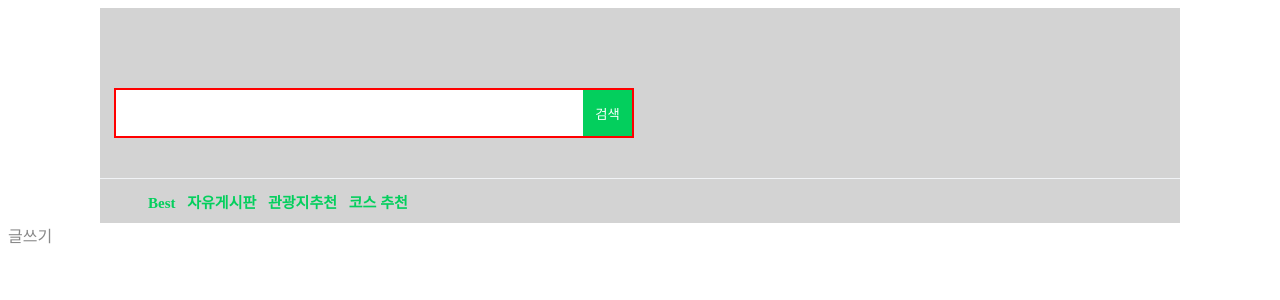
Repository: HJCroCat/project4
Page: http://localhost/koravle/boardMain.jsp
These files come from the project's save history. The page is drawn as it stood at one moment and after the next save; the edit follows.
The browser window is 1280 px wide. The pictures show the whole page.
The page is served by Tomcat 9. Nobody is signed in. The application's start-up code is not run. Other server files are loaded and not shown.

Above is the page before, as saved 2021-12-10 10:23:30.

### koravle/koravle/src/main/webapp/boardMain.jsp
<%@ page language="java" contentType="text/html; charset=UTF-8"
    pageEncoding="UTF-8"%>
<!DOCTYPE html>
<html>
<head>
<meta charset="UTF-8">
<title>Insert title here</title>

<link href="resources/style/stylecss.css" rel="stylesheet">
<script type="text/javascript" src="resources/js/jquery-1.7.1.js"></script>

</head>
<body>
	<header>
		<form>
	      <fieldset>
	        <legend class="visually-hidden">검색</legend>
	        <div class="search_box">
	          <input type="text" maxlength="225" tabindex="1" />
	          <button type="submit" tabindex="2">
	            	검색
	          </button>
	        </div>
	      </fieldset>
	    </form>
		<nav>
	      <div class="nav_items">
	        <ul>
	      	  <li><a href="/">Best</a></li>
	          <li><a href="/">자유게시판</a></li>
	          <li><a href="/">관광지추천</a></li>
	          <li><a href="/">코스 추천</a></li>

	        </ul>
	      </div>
	    </nav>
	</header>


	<main>

	<!--
		<div>
			<input type="text" name="searchWord" id="searchWord">
			<select name="selectSearch" id="selectSearch">
				<option value="1" selected>전체</option>
				<option value="boardName">글제목</option>
				<option value="regionName">관광지</option>
				<option value="boardWriter">작성자</option>
			</select>
			<button href="boardWrite.do" class="btn" >글쓰기</button>
			<button href="boardList.do" class="btn" >검색</button>
		</div>
		<div>
			<br/>
			<br/>

			<button class="btn" href="boardList.do" name="boardBest">Best</button>
			<button class="btn" href="boardList.do" name="boardFree">자유게시판</button>
			<button class="btn" href="boardList.do" name="boardRegion">관광지 추천</button>
			<button class="btn" href="boardList.do" name="boardCourse">코스 추천</button>

		</div>
	-->
		<a href="/">글쓰기</a>
	</main>

	<footer>

	</footer>
<script src="resources//js/jquery.min.js"></script>
<script src="resources/js/scripts.js"></script>

</body>
</html>

### koravle/koravle/src/main/webapp/resources/style/stylecss.css
* {
    box-sizing: border-box;
}

a {
    text-decoration: none; /* 기본 밑줄을 제거합니다 */
    color: #888;
}

a:hover {
  text-decoration: underline; /* 마우스 커서가 올라갔을 때 밑줄을 생성합니다*/
}

header {
    margin: auto; /* header의 양쪽 여백(margin)을 동등하게 맞춤 -> 수평가운데정렬 */
    width: 1080px;
    background: lightgray;
	height: 215px;
    display: flex;
    align-items: center; /* 하위 요소들 수직 가운데정렬 */
    position: relative;
}

fieldset {
    border: none; /* 기본 border 없애기(이 코드를 지우고 기본 border를 확인해보세요) */
}

.visually-hidden { /* legend 안보이게 설정. 이렇게하면 접근성을 준수하면서 디자인을 해치지 않습니다. */
    position: absolute !important;
    height: 1px;
    width: 1px;
    overflow: hidden;
    clip: rect(1px 1px 1px 1px);
    clip: rect(1px, 1px, 1px, 1px);
    white-space: nowrap;
}

.search_box {
  width: 520px;
  height: 50px;
  border: 2px solid #ff0000;
  display: flex;
  align-items: center;
}

  .search_box input {
    flex: 9; /* search-box내부에서 9만큼의 크기를 차지(비율) */
    height: 46px;
    padding-left: 12px;
    padding-right: 12px;
    border: none;
    outline: none;
    font-size: 18px;
  }

  .search_box button {
    flex: 1; /* search-box내부에서 1만큼의 크기를 차지(비율) */
    height: 46px;
    margin: 0;
    padding: 0;
    border: none;
    outline: none;
    background: #03cf5d;
    color: #ffffff;
  }

  /* nav */
  header > nav {
    width: 100%;
    height: 45px;
    position: absolute;
    bottom: 0;
  }
  .nav_items {
    width: 100%;
    height: 100%;
    display: flex;
    justify-content: space-between;
    align-items: center;
    font-size: 15px;
    font-weight: bold;
    border-top: 1px solid #f1f3f6;
  }
  .nav_items ul > li {
    display: inline-block;
    margin-left: 8px;
  }
  .nav_items ul > li:nth-child(-n + 7) > a { /* <ul>하위 7번째 <li>까지 각각 내부의 <a> 태그 접근 */
    color: #03cf5d;
  }
  .nav_items ul > li > a {
    text-decoration: none;
    cursor: pointer;
  }

  /* 재사용 클래스 */
  .color_naver {
    color: #03cf5d;
  }

Loaded but not shown: koravle/koravle/src/main/webapp/resources/js/jquery-1.7.1.js (library); koravle/koravle/src/main/webapp/resources/js/jquery.min.js (library)

After the next save:
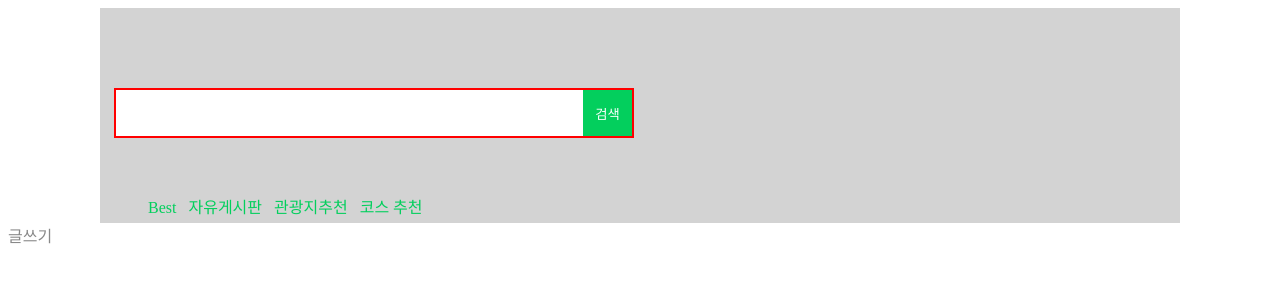
Saved 29 s later.
--- a/koravle/koravle/src/main/webapp/resources/style/stylecss.css
+++ b/koravle/koravle/src/main/webapp/resources/style/stylecss.css
@@ -71,16 +71,7 @@
     position: absolute;
     bottom: 0;
   }
-  .nav_items {
-    width: 100%;
-    height: 100%;
-    display: flex;
-    justify-content: space-between;
-    align-items: center;
-    font-size: 15px;
-    font-weight: bold;
-    border-top: 1px solid #f1f3f6;
-  }
+
   .nav_items ul > li {
     display: inline-block;
     margin-left: 8px;

After the save that followed:
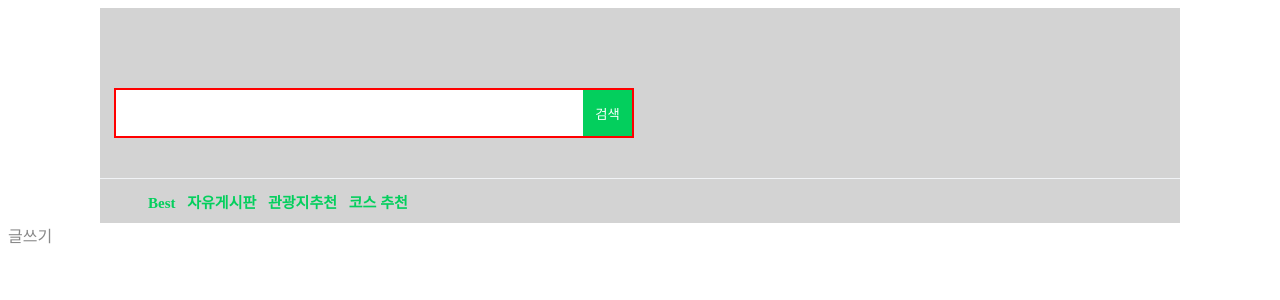
Saved 4 s later.
--- a/koravle/koravle/src/main/webapp/resources/style/stylecss.css
+++ b/koravle/koravle/src/main/webapp/resources/style/stylecss.css
@@ -71,7 +71,16 @@
     position: absolute;
     bottom: 0;
   }
-
+  .nav_items {
+    width: 100%;
+    height: 100%;
+    display: flex;
+    justify-content: space-between;
+    align-items: center;
+    font-size: 15px;
+    font-weight: bold;
+    border-top: 1px solid #f1f3f6;
+  }
   .nav_items ul > li {
     display: inline-block;
     margin-left: 8px;
